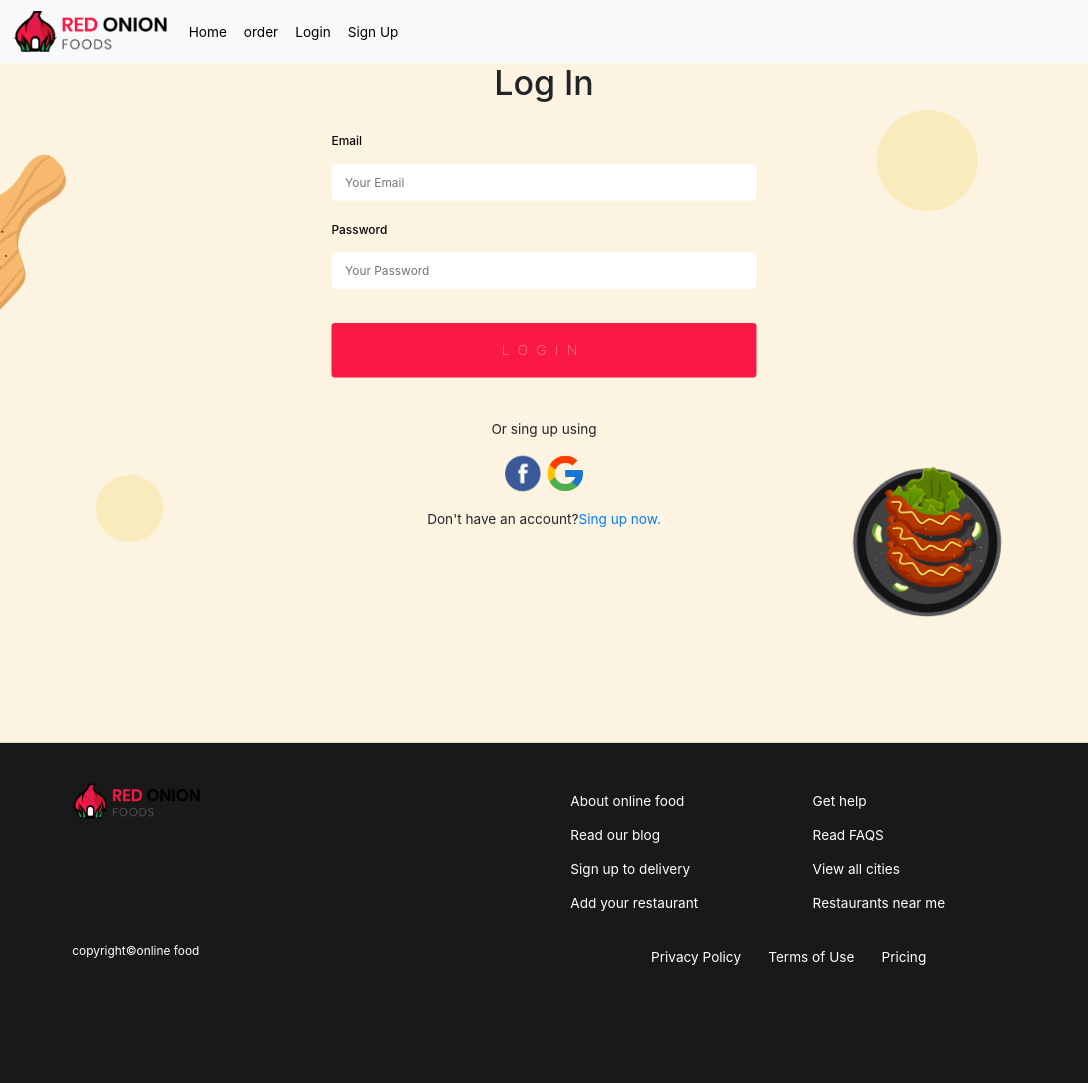
Repository: arif286/red-onion-client
Page: /login
These files come from the project's save history. The page is drawn as it stood at one moment and after the next save; the edit follows.
The browser window is 1280 px wide. The pictures show the whole page, at 85% of full size.
The project was rebuilt for these pictures with package versions that can differ from the ones it lists, and the page was loaded fresh each time. Also part of the build but not shown: src/App.css, src/components/CheckOut/CheckOut.css, src/components/CheckOut/CheckOutForm/CheckOutFrom.js, src/components/CheckOut/CheckOut.js, src/components/SearchBar/SearchBar.css, src/components/SearchBar/SearchBar.js, src/components/FoodDetails/FoodDetail.css, src/components/FoodDetails/FoodDetail.js and 7 more. Imported but missing from the stored project, and not drawn on this page: src/components/CheckOut/Map/Map.

Above is the page before, as saved 2021-04-07 01:54:42.

### public/index.html
<!DOCTYPE html>
<html lang="en">
  <head>
    <meta charset="utf-8" />
    <link rel="icon" href="%PUBLIC_URL%/favicon.ico" />
    <meta name="viewport" content="width=device-width, initial-scale=1" />
    <meta name="theme-color" content="#000000" />
    <meta
      name="description"
      content="Web site created using create-react-app"
    />
    <link rel="apple-touch-icon" href="%PUBLIC_URL%/logo192.png" />
    <!--
      manifest.json provides metadata used when your web app is installed on a
      user's mobile device or desktop. See https://developers.google.com/web/fundamentals/web-app-manifest/
    -->
    <link rel="manifest" href="%PUBLIC_URL%/manifest.json" />

    <!-- <link
      href="https://api.tiles.mapbox.com/mapbox-gl-js/v2.1.1/mapbox-gl.css"
      rel="stylesheet"
    /> -->
    <!--
      Notice the use of %PUBLIC_URL% in the tags above.
      It will be replaced with the URL of the `public` folder during the build.
      Only files inside the `public` folder can be referenced from the HTML.

      Unlike "/favicon.ico" or "favicon.ico", "%PUBLIC_URL%/favicon.ico" will
      work correctly both with client-side routing and a non-root public URL.
      Learn how to configure a non-root public URL by running `npm run build`.
    -->
    <title>Red Onion</title>
  </head>
  <body>
    <noscript>You need to enable JavaScript to run this app.</noscript>
    <div id="root"></div>
    <!--
      This HTML file is a template.
      If you open it directly in the browser, you will see an empty page.

      You can add webfonts, meta tags, or analytics to this file.
      The build step will place the bundled scripts into the <body> tag.

      To begin the development, run `npm start` or `yarn start`.
      To create a production bundle, use `npm run build` or `yarn build`.
    -->
  </body>
</html>

### src/App.js
import "bootstrap/dist/css/bootstrap.min.css";
import React, { createContext, useState } from "react";
import { BrowserRouter as Router, Route, Switch } from "react-router-dom";
import './App.css';
import CheckOut from "./components/CheckOut/CheckOut";
import Map from "./components/CheckOut/Map/Map";
import FoodDetail from "./components/FoodDetails/FoodDetail";
import Footer from "./components/Footer/Footer";
import Header from "./components/Header/Header";
import Home from './components/Home/Home';
import Login from "./components/LogIn/Login";
import Order from "./components/Order/Order";
import SingUp from "./components/SingUp/SingUp";


export const UserContext = createContext();
function App() {
  const [loggedInUser, setLoggedInUser] = useState({});
  return (
    <UserContext.Provider value={[loggedInUser, setLoggedInUser]}>
      <Router>
        <Header />
        <Switch>
          <Route path="/home">
            <Home />
          </Route>
          <Route path="/signUp">
            <SingUp />
          </Route>
          <Route path="/login">
            <Login />
          </Route>
          <Route path="/food/details/:foodId">
            <FoodDetail />
          </Route>
          <Route path='/checkOut'>
            <CheckOut/>
          </Route>
          <Route path='/order'>
            <Order/>
          </Route>
          <Route path='/map'>
            <Map/>
          </Route>
          <Route exact path="/">
            <Home/>
          </Route>
        </Switch>
        <Footer />
      </Router>
    </UserContext.Provider>
  );

}

export default App;

### src/components/Footer/Footer.js
import React from 'react';
import { NavLink } from 'react-bootstrap';
import Logo from '../../onion-restaurent/logo2.png';
import './Footer.css';

const Footer = () => {
    return (
      <footer>
        <div className="container">
          <div className="row pt-5">
            <div className="col-md-6 col-sm-12 pb-4">
              <img className="footer-img" src={Logo} alt="" />
            </div>
            <div className="col-md-3 col-sm-12 pb-4">
              <ul className="nav flex-column">
                <li className="nav-item">
                  <NavLink
                    className="nav-link active footer-link"
                    aria-current="page"
                    to="/"
                  >
                    About online food
                  </NavLink>
                </li>
                <li className="nav-item">
                  <NavLink className="nav-link footer-link" to="/">
                    Read our blog
                  </NavLink>
                </li>
                <li className="nav-item">
                  <NavLink className="nav-link footer-link" to="/">
                    Sign up to delivery
                  </NavLink>
                </li>
                <li className="nav-item">
                  <NavLink className="nav-link footer-link" to="/">
                    Add your restaurant
                  </NavLink>
                </li>
              </ul>
            </div>
            <div className="col-md-3 col-sm-12 pb-4">
              <ul className="nav flex-column">
                <li className="nav-item">
                  <NavLink
                    className="nav-link footer-link"
                    aria-current="page"
                    to="/"
                  >
                    Get help
                  </NavLink>
                </li>
                <li className="nav-item">
                  <NavLink className="nav-link footer-link" to="/">
                    Read FAQS
                  </NavLink>
                </li>
                <li className="nav-item">
                  <NavLink className="nav-link footer-link" to="/">
                    View all cities
                  </NavLink>
                </li>
                <li className="nav-item">
                  <NavLink className="nav-link footer-link" to="/">
                    Restaurants near me
                  </NavLink>
                </li>
              </ul>
            </div>
          </div>

          <div className="row">
            <div className="col-md-7">
              <p className='copy-right'>
                <small>
                  copyright<span>&#169;</span>online food
                </small>
              </p>
            </div>
            <div className="col-md-5">
              <div className='d-flex'>
                <NavLink className="footer-link">Privacy Policy</NavLink>
                <NavLink className="footer-link">Terms of Use</NavLink>
                <NavLink className="footer-link">Pricing</NavLink>
              </div>
            </div>
          </div>
        </div>
      </footer>
    );
};

export default Footer;

### src/components/Header/Header.js
import React from 'react';
import { Nav, Navbar } from 'react-bootstrap';
import { NavLink } from 'react-router-dom';
// import { NavLink } from "react-router-dom";
import logo from '../../onion-restaurent/logo2.png';
import './Header.css';
const Header = () => {

    return (
      <div>
        <Navbar bg="light" expand="lg">
          <Navbar.Brand href="#home">
            <img
              src={logo}
              width="180"
              className="d-inline-block align-top"
              alt="React Bootstrap logo"
            />
          </Navbar.Brand>
          <Navbar.Toggle aria-controls="basic-navbar-nav" />
          <Navbar.Collapse id="basic-navbar-nav">
            <Nav className="mr-auto">
              <NavLink className="header-link" to="/home">
                Home
              </NavLink>
              <NavLink className="header-link" to="/order">
                order
              </NavLink>
              <NavLink className="header-link" to="/login">
                Login
              </NavLink>
              <NavLink className="header-link" to="/singUp">
                Sign Up
              </NavLink>
            </Nav>
          </Navbar.Collapse>
        </Navbar>
      </div>
    );
};

export default Header;

### src/components/LogIn/Login.js
import React, { useContext } from "react";
import { useForm } from "react-hook-form";
import { Link, useHistory } from "react-router-dom";
import { UserContext } from "../../App";
import image from "../../onion-restaurent/bannerbackground.png";
import { initializeLoginFramework, logInWithEmailPassword } from "./LoginManager";
import WithoutLogin from "./WithoutLogin";


const bgImage = {
  backgroundImage: `url(${image})`,
  backgroundRepeat: "no-repeat, repeat",
  minHeight: "800px",
  backgroundSize: "cover",
  backgroundPosition: "bottom",
};
const Login = () => {
  const [loggedInUser, setLoggedInUser] = useContext(UserContext);
  // const [newLogInUser, setNewLogInUser] = useState({
  //   isSignedIn: false,
  //   name: '',
  //   email: '',
  //   password: '',
  //   photo: '',
  //   phone: ''
  // });
console.log(loggedInUser, loggedInUser.displayName);
  let history = useHistory()
  const { register, handleSubmit, errors } = useForm();
  const onSubmit = (data) => {
      initializeLoginFramework();
      const {email, password} = data
      logInWithEmailPassword(email, password)
        .then(res => {
          setLoggedInUser(res);
          history.push('/home')
        })
        .catch(error => {
          setLoggedInUser(error);
        })
  };

  return (
    <div style={bgImage}>
      <div className="container">
        <h1 className="form-header">Log In</h1>
        {loggedInUser.email && (
          <div className="d-flex justify-content-center">
            <p
              style={{ width: "500px" }}
              className="alert alert-success"
              role="alert"
            >
              You have login successfully!
            </p>
          </div>
        )}
        <form className="form-submit" onSubmit={handleSubmit(onSubmit)}>
          <label htmlFor="email">Email</label>
          <input
            defaultValue={loggedInUser?.email}
            name="email"
            placeholder="Your Email"
            type="email"
            ref={register({
              required: true,
              pattern: /^(([^<>()[\]\\.,;:\s@"]+(\.[^<>()[\]\\.,;:\s@"]+)*)|(".+"))@((\[[0-9]{1,3}\.[0-9]{1,3}\.[0-9]{1,3}\.[0-9]{1,3}\])|(([a-zA-Z\-0-9]+\.)+[a-zA-Z]{2,}))$/,
            })}
          />
          {errors.email && <p>Your email is invalid</p>}
          <label htmlFor="password">Password</label>
          <input
            defaultValue={loggedInUser?.password}
            name="password"
            placeholder="Your Password"
            type="password"
            ref={register({
              required: true,
              pattern: /^(?=.*\d)(?=.*[a-z])(?=.*[A-Z]).{6,20}$/,
            })}
          />
          {errors.password && (
            <p>
              password between 6 to 20 characters which contain one numeric
              digit, one uppercase and one lowercase letter.
            </p>
          )}
          <input type="submit" value="Login" />
        </form>
        {!setLoggedInUser.success && (
          <p className="text-center">{setLoggedInUser.error}</p>
        )}
        <div>
          <WithoutLogin />
          <p className="text-center">
            Don't have an account?
            <Link to="/singUp">Sing up now.</Link>
          </p>
        </div>
      </div>
    </div>
  );
};

export default Login;

### src/components/Footer/Footer.css
.footer-img {
  width: 150px;
}
footer {
  background-color: #191919;
  height: 400px;
}
.footer-link {
  color: white;
}
.footer-link:hover {
  color: #878787;
}
.copy-right {
  color: white;
}

### src/components/Header/Header.css
.header-link {
  color: black;
  display: inline-block;
  padding: 10px;
}
.header-link:hover {
  text-decoration: none;
  color: #777777;
}
.cart-btn {
  border: none;
  background: none;
}

### src/components/LogIn/LoginManager.js
import firebase from "firebase/app";
import "firebase/auth";
import firebaseConfig from "./firebase.config";


export const initializeLoginFramework = () => {
  if (firebase.apps.length === 0) {
    firebase.initializeApp(firebaseConfig);
  }
};

const provider = new firebase.auth.GoogleAuthProvider();

export const handleGoogleSingIn = () => {
    return firebase
      .auth()
      .signInWithPopup(provider)
      .then((result) => {

          const { displayName, email, phoneNumber, photoURL } = result.user;
          const signInUser = {
              isSignIn: true,
              name: displayName,
              email: email,
              phone: phoneNumber,
              photo: photoURL,
          };
          return signInUser;
      })
      .catch((error) => {
        // Handle Errors here.
        const signInUser = {
          isSignIn: false,
          name: '',
          email: '',
          password: '',
          phone: '',
          photo: '',
        }
        signInUser.error = error.message;
        return signInUser;
      });
}
export const logInWithEmailPassword = (email, password) => {
    return firebase
      .auth()
      .signInWithEmailAndPassword(email, password)
      .then(res => {
        const newUserInfo = res.user
        newUserInfo.error = '';
        newUserInfo.success = true;
        return newUserInfo;
          })
      .catch((error) => {
        const newUserInfo = {}
        newUserInfo.error = error.message;
        newUserInfo.success = false;
        console.log(error.message)
        return newUserInfo;
      });
}

export const createAccountWithEmailPassword = (email, password, name) => {
  return firebase
    .auth()
    .createUserWithEmailAndPassword(email, password)
    .then((res) => {
      const newUserInfo = res.user
      newUserInfo.error = '';
      newUserInfo.success = true;
      updateUserName(name);
      return newUserInfo;
    })
    .catch((error) => {
      console.log(error);
      const newUserInfo = {}
      newUserInfo.error = error.message;
      newUserInfo.success = false;
      return newUserInfo;
    });
};

const updateUserName = (name) => {
  const user = firebase.auth().currentUser;

  user
    .updateProfile({
      displayName: name,
    })
    .then(function () {
      // Update successful.
      console.log("user name update");
    })
    .catch(function (error) {
      // An error happened.
      console.log(error);
    });
};

const fbProvider = new firebase.auth.FacebookAuthProvider();

export const handleFacebookSignIn = () => {
   return firebase
    .auth()
    .signInWithPopup(fbProvider)
    .then((result) => {
      const { displayName, email, phoneNumber, photoURL } = result.user;
      const signInUser = {
        isSignIn: true,
        name: displayName,
        email: email,
        phone: phoneNumber,
        photo: photoURL,
      };
      return signInUser;
    })
     .catch((error) => {
      console.log(error);
      const signInUser = {
        isSignIn: false,
        name: "",
        email: "",
        password: "",
        phone: "",
        photo: "",
      };
      signInUser.error = error.message;
      return signInUser;
    });
}

### src/components/LogIn/WithoutLogin.js
import React, { useContext } from 'react';
import { useHistory, useLocation } from "react-router-dom";
import { UserContext } from '../../App';
import facebook from "../../onion-restaurent/ICON/Facebook.png";
import google from "../../onion-restaurent/ICON/Google.png";
import "./Login.css";
import {
    handleFacebookSignIn,
    handleGoogleSingIn,
    initializeLoginFramework
} from "./LoginManager";


const WithoutLogin = () => {
    const [loggedInUser, setLoggedInUser] = useContext(UserContext);
    const history = useHistory();
    const location = useLocation();
    const { from } = location.state || { from: { pathname: "/" } };

    initializeLoginFramework();

      const handleGoogleLogin = () => {
        handleGoogleSingIn().then((res) => {
          console.log(res);
          setLoggedInUser(res);
          history.replace(from);
        });
        console.log("click me");
    };

      const handleFacebookLogin = () => {
        handleFacebookSignIn()
          .then((res) => {
            setLoggedInUser(res);
          })
          .catch((error) => {
            setLoggedInUser(error);
          });
      };
    return (
      <div className="mt-5">
        <p className="text-center">Or sing up using</p>
        <div className="d-flex justify-content-center">
          <p className="icon">
            <img onClick={handleFacebookLogin} src={facebook} alt="" />
          </p>
          <p className="icon">
            <img onClick={handleGoogleLogin} src={google} alt="" />
          </p>
        </div>
      </div>
    );
};

export default WithoutLogin;

### src/components/SingUp/SingUp.css
.form-submit {
  max-width: 500px;
  margin: 0 auto;
}

.form-header {
  /* font-weight: 100; */
  text-align: center;
  padding-bottom: 10px;
}

.form {
  background: #0e101c;
  max-width: 400px;
  margin: 0 auto;
}

.form-submit p {
  color: #bf1650;
}

.form-submit p::before {
  display: inline;
  content: "⚠ ";
}

.form-submit input {
  display: block;
  box-sizing: border-box;
  width: 100%;
  border-radius: 4px;
  border: 1px solid white;
  padding: 10px 15px;
  margin-bottom: 10px;
  font-size: 14px;
}

.form-submit label {
  line-height: 2;
  text-align: left;
  display: block;
  margin-bottom: 13px;
  margin-top: 20px;
  color: #080707;
  font-size: 14px;
  font-weight: 500;
}

button[type="submit"],
.form-submit input[type="submit"] {
  background: #f91944;
  color: white;
  text-transform: uppercase;
  border: none;
  margin-top: 40px;
  padding: 20px;
  font-size: 16px;
  font-weight: 100;
  letter-spacing: 10px;
}

button[type="submit"]:hover,
.form-submit input[type="submit"]:hover {
  background: #ee1e47;
}

/* button[type="submit"]:active,
.form-submit input[type="button"]:active,
.form-submit input[type="submit"]:active {
  transition: 0.3s all;
  transform: translateY(3px);
  border: 1px solid transparent;
  opacity: 0.8;
}

.form-submit input:disabled {
  opacity: 0.4;
}

.form-submit input[type="button"]:hover {
  transition: 0.3s all;
}

button[type="submit"],
.form-submit input[type="button"],
.form-submit input[type="submit"] {
  -webkit-appearance: none;
}

.App {
  max-width: 600px;
  margin: 0 auto;
}

button[type="button"] {
  display: block;
  appearance: none;
  background: #333;
  color: white;
  border: none;
  text-transform: uppercase;
  padding: 10px 20px;
  border-radius: 4px;
}

pre {
  color: white;
}

hr {
  margin-top: 30px;
}

button {
  display: block;
  appearance: none;
  margin-top: 40px;
  border: 1px solid #333;
  margin-bottom: 20px;
  text-transform: uppercase;
  padding: 10px 20px;
  border-radius: 4px;
} */

### src/components/LogIn/firebase.config.js
const firebaseConfig = {
  apiKey: "AIzaSyBWzfoc-TsST_RbsttCqWiNlDbUF6bRq4I",
  authDomain: "red-onion-food-shop.firebaseapp.com",
  projectId: "red-onion-food-shop",
  storageBucket: "red-onion-food-shop.appspot.com",
  messagingSenderId: "577645791834",
  appId: "1:577645791834:web:0a8111144bda71c388e663",
};
export default firebaseConfig;

### src/components/LogIn/Login.css
.icon img {
  width: 50px;
}

Loaded but not shown: src/index.js (common file); src/index.css (common file); src/reportWebVitals.js (common file)

After the next save:
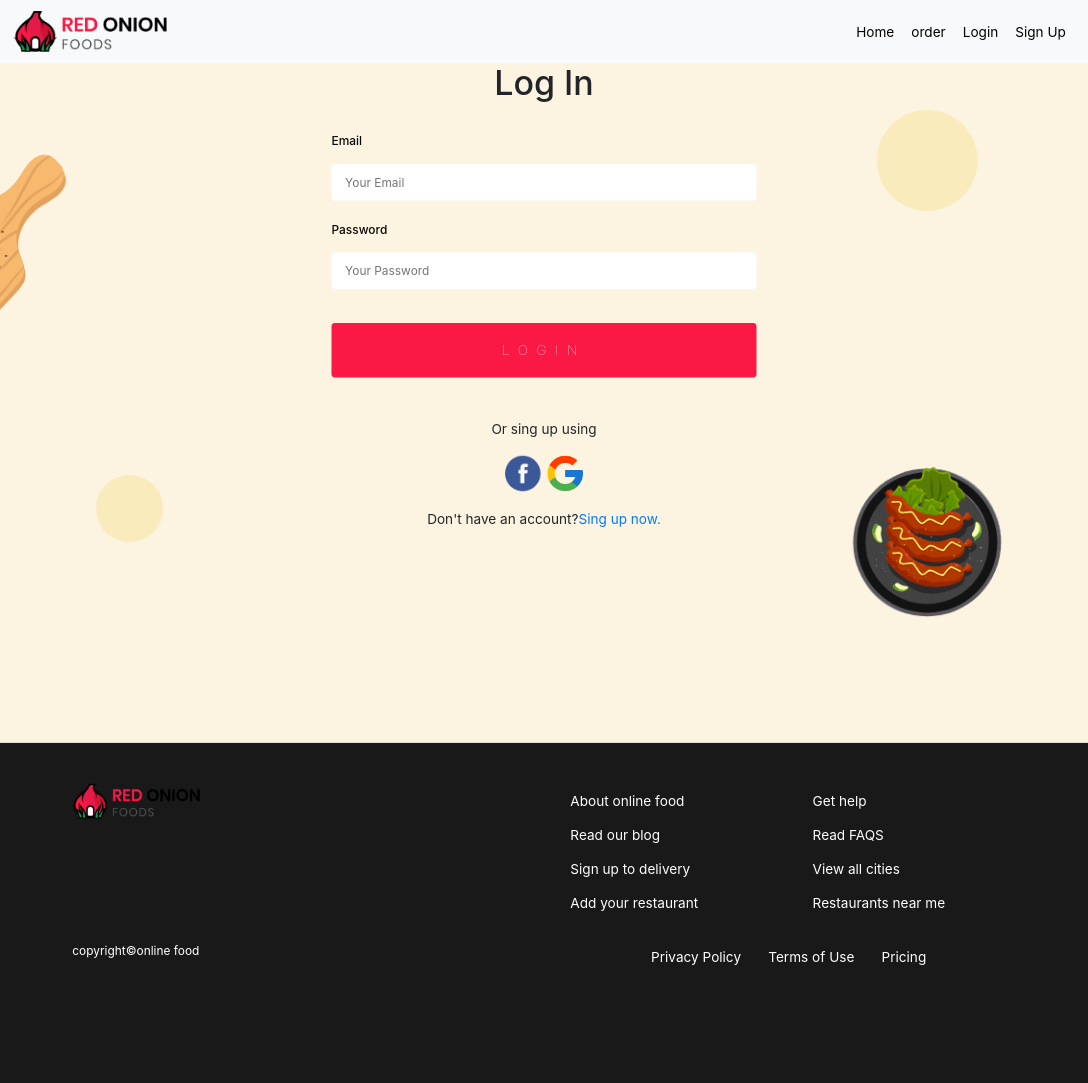
Saved 10 s later.
--- a/src/components/Header/Header.js
+++ b/src/components/Header/Header.js
@@ -19,7 +19,7 @@ const Header = () => {
           </Navbar.Brand>
           <Navbar.Toggle aria-controls="basic-navbar-nav" />
           <Navbar.Collapse id="basic-navbar-nav">
-            <Nav className="mr-auto">
+            <Nav className="ml-auto">
               <NavLink className="header-link" to="/home">
                 Home
               </NavLink>
